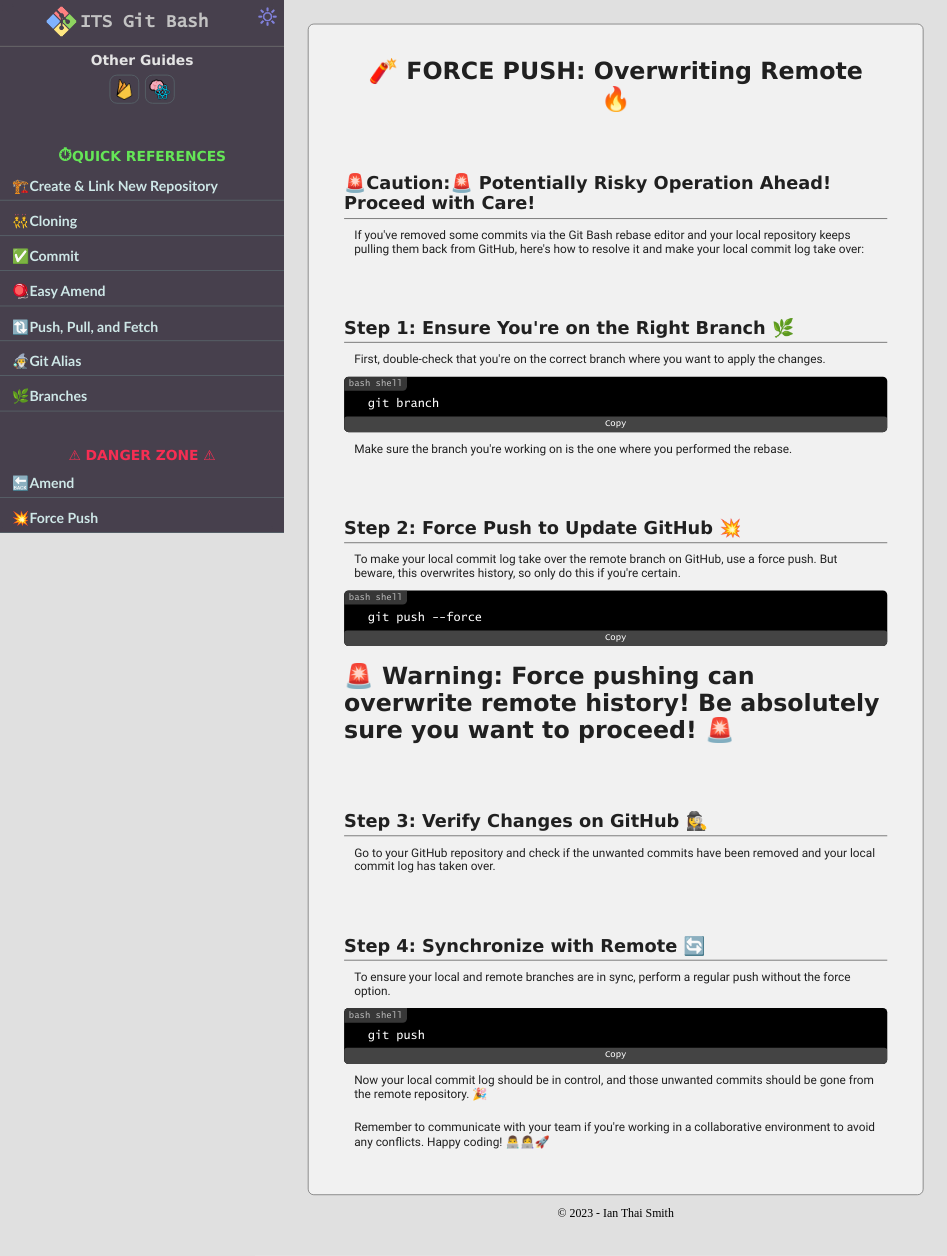
Repository: whyDoILoveThis/project__ITS_Git_Bash
Page: html/💥force-push.html
These files come from the project's save history. The page is drawn as it stood at one moment and after the next save; the edit follows.
The browser window is 1280 px wide. The pictures show the whole page, at 74% of full size.

Above is the page before, as saved 2025-07-06 07:11:50.

After the next save:
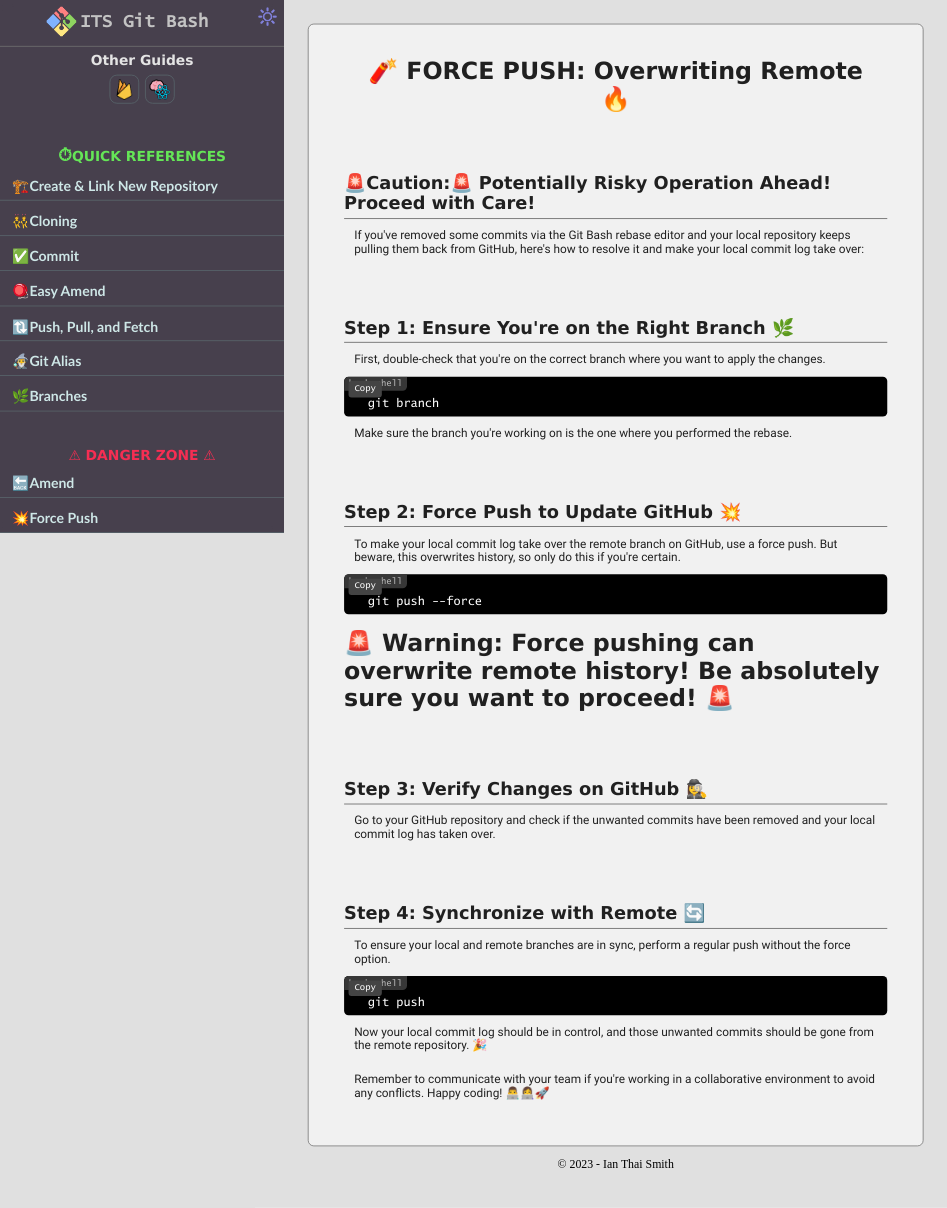
Saved 8 s later.
--- a/css/style.css
+++ b/css/style.css
@@ -563,7 +563,9 @@ em {
 
 
 .copy-btn {
-
+  position: absolute;
+  top: 6px;
+  left: 6px;
   background: #444;
   color: #fff;
   border: none;
